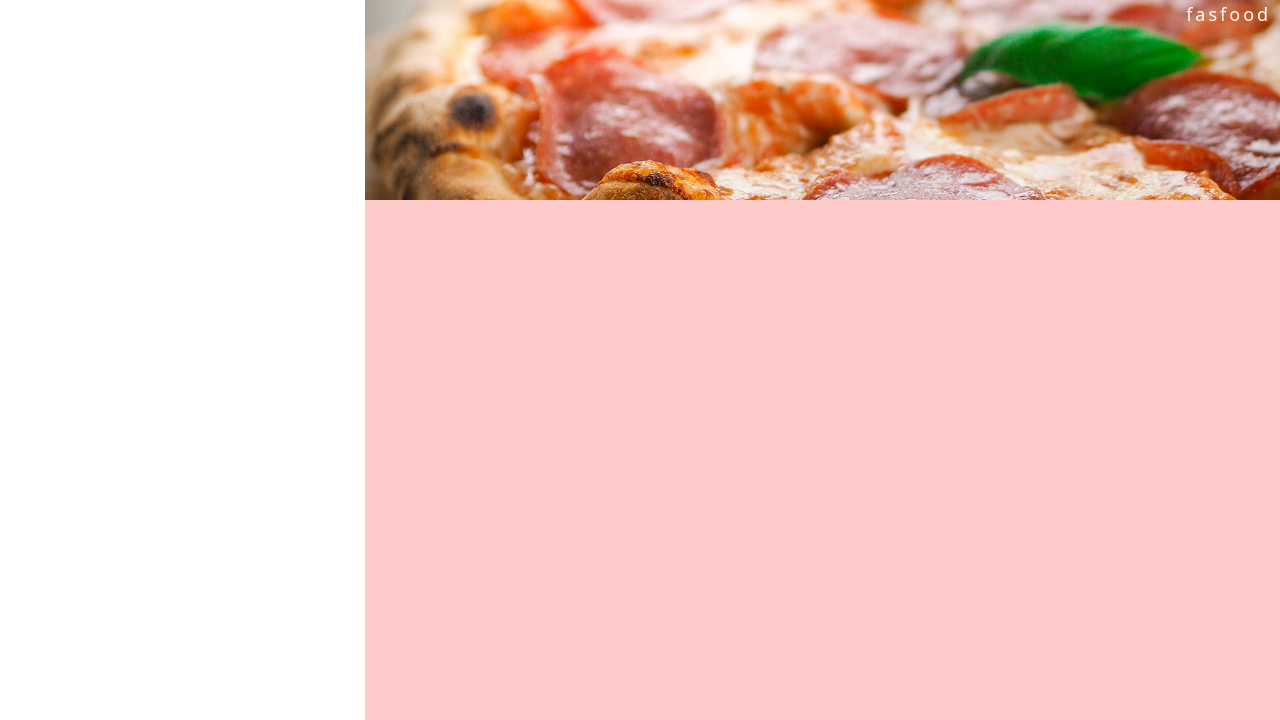
Repository: zahranaserii/FastFoodProject
Page: /
These files come from the project's save history. The page is drawn as it stood at one moment and after the next save; the edit follows.
The browser window is 1280 px wide. The pictures show the whole page.
The project was rebuilt for these pictures with package versions that can differ from the ones it lists, and the page was loaded fresh each time.

Above is the page before, as saved 2023-11-17 11:18:49.

After the next save:
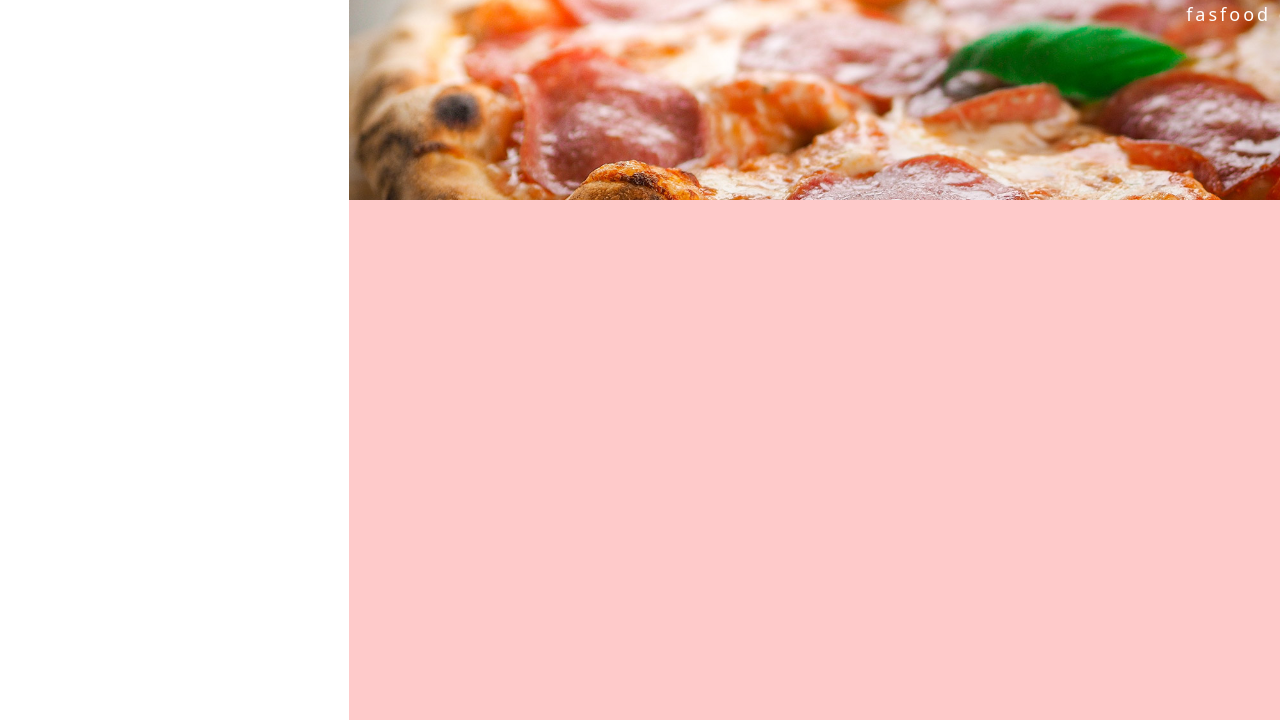
Saved 19 s later.
--- a/src/Header/Header.jsx
+++ b/src/Header/Header.jsx
@@ -4,7 +4,9 @@ const Header = () => {
   return (
     <header className="bg-cover bg-center">
       <div className="container">
-        <h1 className="text-white text-lg">fasfood catalouge</h1>
+        <h1 className="text-white text-lg relative left-4">
+          fasfood catalouge
+        </h1>
       </div>
     </header>
   );
